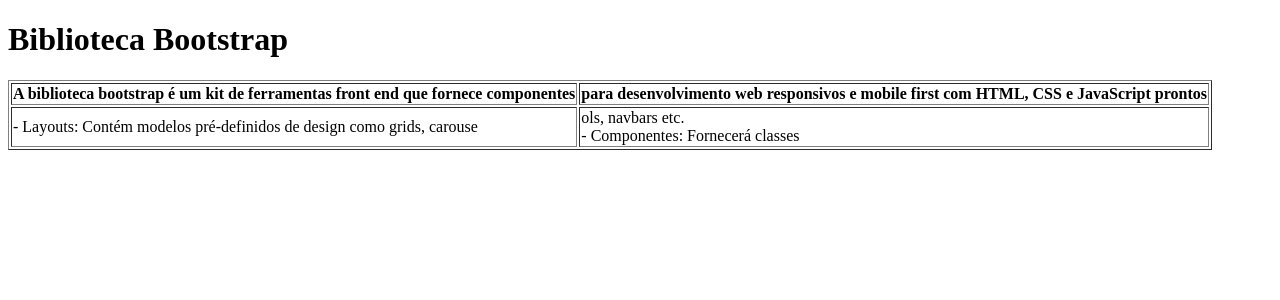
Repository: In-Game-full/Reprograme-se
Page: S-3/Aula-11(associação de CSS)/Praticas sugeridas/index.html
These files come from the project's save history. The page is drawn as it stood at one moment and after a run of saves; the edit follows.
The browser window is 1280 px wide. The pictures show the whole page.

Above is the page before, as saved 2023-08-02 09:00:59.

After the next 3 saves:
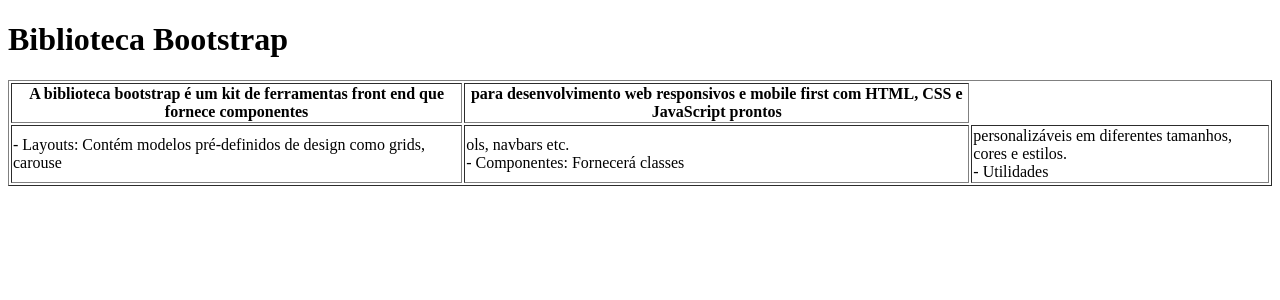
The 3 saves are shown as one change because they came seconds apart.
The last was saved 12 s later.
--- a/S-3/Aula-11(associação de CSS)/Praticas sugeridas/index.html
+++ b/S-3/Aula-11(associação de CSS)/Praticas sugeridas/index.html
@@ -27,6 +27,9 @@
             <td>
                 ols, navbars etc.<br>- Componentes: Fornecerá classes
             </td>
+            <td>
+                personalizáveis em diferentes tamanhos, cores e estilos.<br>- Utilidades
+            </td>
 
         </tbody>
     </table>

After the save that followed:
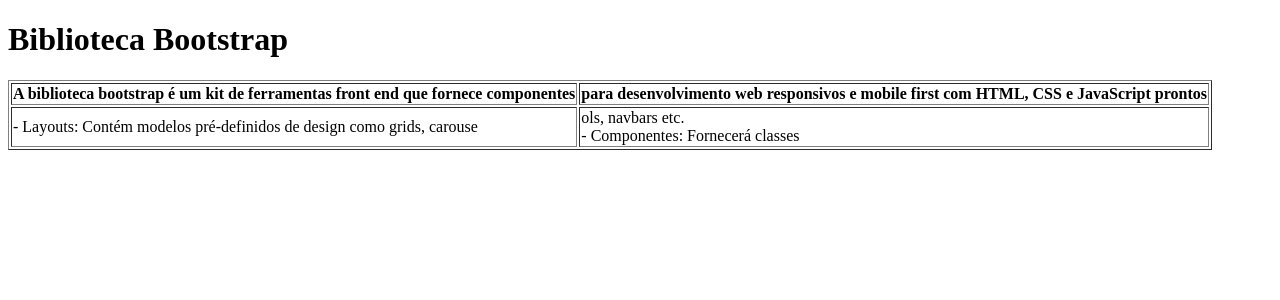
Saved 9 s later.
--- a/S-3/Aula-11(associação de CSS)/Praticas sugeridas/index.html
+++ b/S-3/Aula-11(associação de CSS)/Praticas sugeridas/index.html
@@ -27,9 +27,6 @@
             <td>
                 ols, navbars etc.<br>- Componentes: Fornecerá classes
             </td>
-            <td>
-                personalizáveis em diferentes tamanhos, cores e estilos.<br>- Utilidades
-            </td>
 
         </tbody>
     </table>
